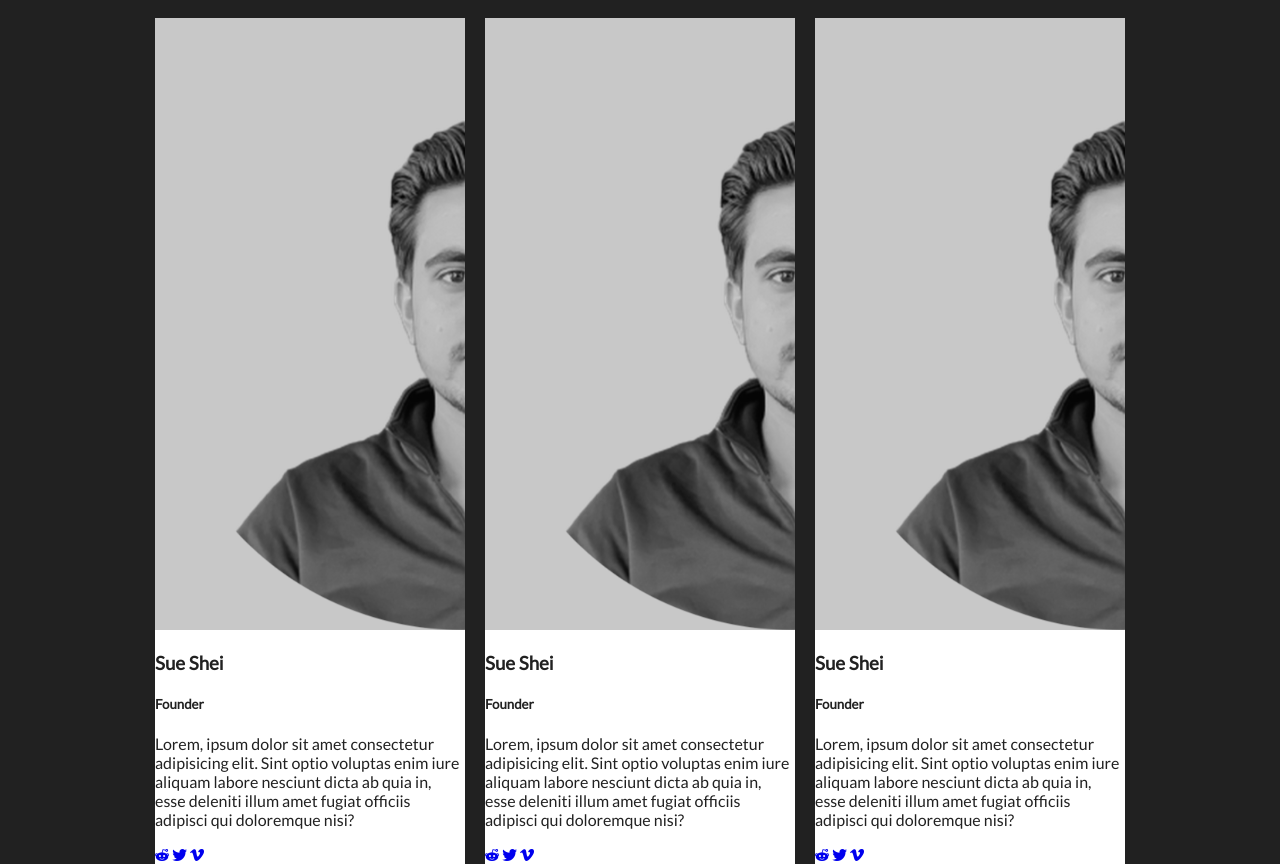
Repository: inzamamahmad3/30-Days-Of-CSS
Page: Day-1/index.html
The author's editor kept a copy of each file at every save. The page is drawn from the files as they stood at one save, then again after the next save.
The browser window is 1280 px wide. The pictures show the whole page.

Above is the page before, as saved 2023-01-03 20:16:30.

After the next save:
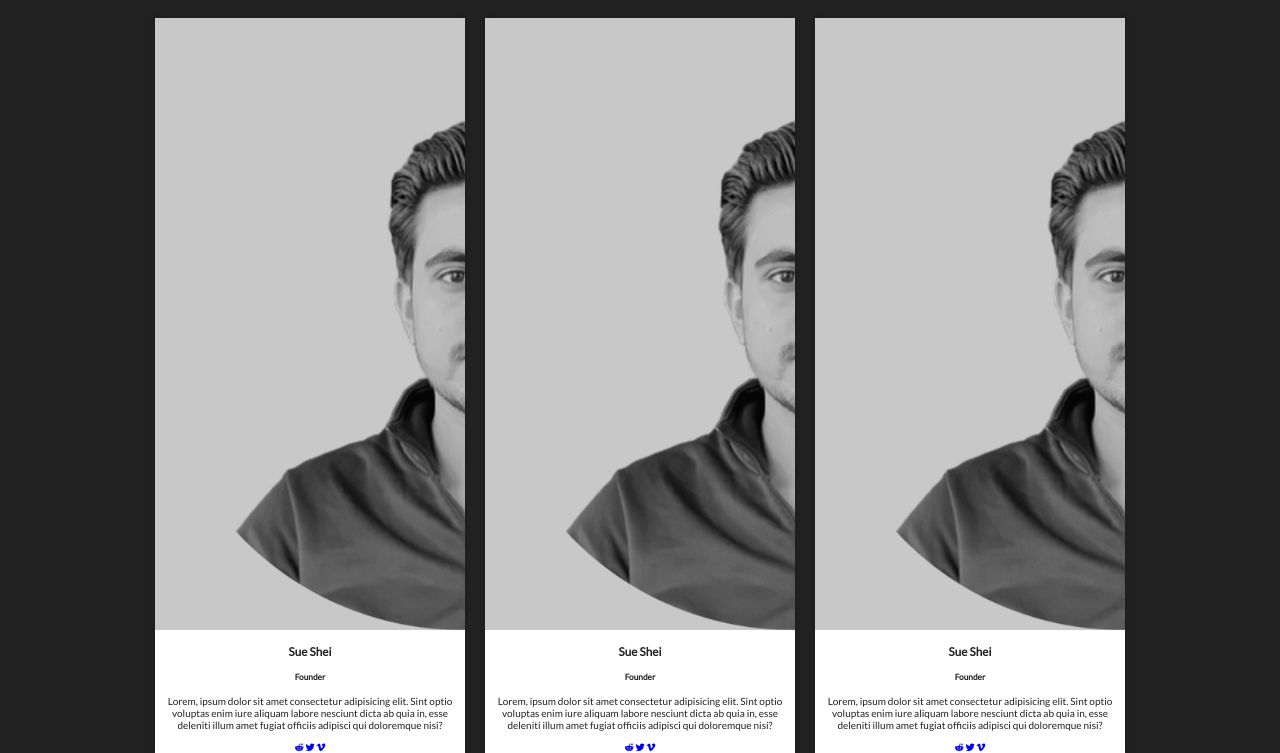
Saved 68 s later.
--- a/Day-1/styles.css
+++ b/Day-1/styles.css
@@ -20,4 +20,7 @@ body {
   width: 100%;
   background-color: #fff;
   color: #212121;
+  text-align: center;
+  font-size: 10px;
+  box-shadow: 0 0 5px rgba(0, 0, 0, 0.15);
 }
